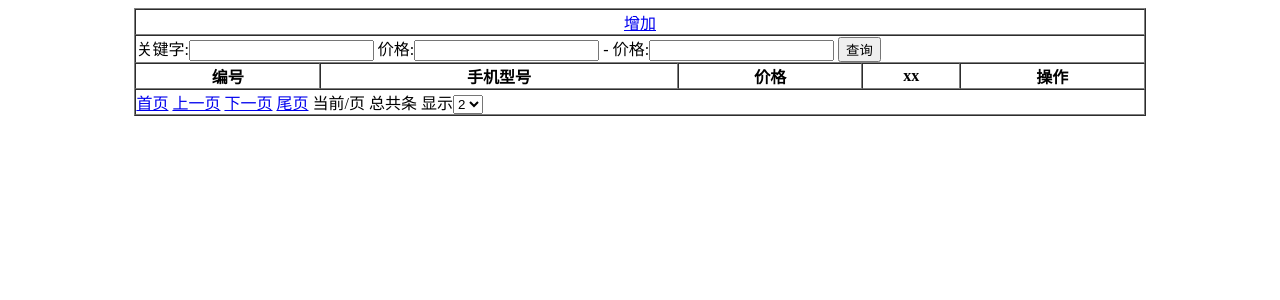
Repository: qyl1006/JavaCode
Page: http://localhost/tack03/WEB-INF/views/product/list.jsp
The author's editor kept a copy of each file at every save. The page is drawn from the files as they stood at one save, then again after the next save.
The browser window is 1280 px wide. The pictures show the whole page.
The page is served by Tomcat 9. Nobody is signed in. Other server files are loaded and not shown. The template is opened directly, without the code that normally fills it, so the values that code supplies are empty.

Above is the page before, as saved 2018-03-15 12:35:42.

### workspace/tack03/webapp/WEB-INF/views/product/list.jsp
<%@ page language="java" contentType="text/html; charset=UTF-8"
    pageEncoding="UTF-8"%>
<!DOCTYPE html PUBLIC "-//W3C//DTD HTML 4.01 Transitional//EN" "http://www.w3.org/TR/html4/loose.dtd">

<%@ taglib prefix="c" uri="http://java.sun.com/jsp/jstl/core" %>
<html>
<head>
<meta http-equiv="Content-Type" content="text/html; charset=UTF-8">
<title>Insert title here</title>
	<script type="text/javascript">
		function goPage(pageNum){
			var form = document.getElementById("f1");
			form.currentPage.value = pageNum;
			form.submit();
		}
	</script>
</head>
<body>
<form action="/product" method="post" id="f1">
	<table align="center" border="1" width="80%" cellpadding="0" cellspacing="0">
		<tr align="center">
			<td colspan="5">
				<a href="/product?cmd=edit">增加</a>
			</td>
		</tr>

		<tr>
			<td colspan="5">
					关键字:<input type="text" name="keyWord" value="${qo.keyWord}"/>
					价格:<input type="text" name="minPrice" value="${qo.minPrice}"/> -
					价格:<input type="text" name="maxPrice" value="${qo.maxPrice}"/>
						<input type="button" value="查询" onclick="goPage(1)"/>
			</td>
		</tr>
		<tr align="center">
			<th>编号</th>
			<th>手机型号</th>
			<th>价格</th>
			<th>xx</th>
			<th>操作</th>
		</tr>
	<c:forEach items="${result.data}" var="p" varStatus="vs">
		<tr align="center" style="background-color: ${vs.count % 2 == 0 ? '' : 'red'}">
			<td>${p.id}</td>
			<td>${p.name}</td>
			<td>${p.price}</td>
			<td>${p.info}</td>
			<td>
				<a href="/product?cmd=edit&id=${p.id}">编辑</a>
				<a href="/product?cmd=delete&id=${p.id}">删除</a>
			</td>
		</tr>
	</c:forEach>

		<tr>
			<td colspan="5">
					<a href="javascript:goPage(1)">首页</a>
					<a href="javascript:goPage(${result.prevPage})">上一页</a>
					<a href="javascript:goPage(${result.nextPage})">下一页</a>
					<a href="javascript:goPage(${result.endPage})">尾页</a>
					当前${result.currentPagePage}/${result.endPage}页
					总共${result.pageCount}条
					显示<select name="pageSize" onchange="goPage(1)">
							<option ${result.pageSize == 2 ? 'selected' : ''}>2</option>
							<option ${result.pageSize == 4 ? 'selected' : ''}>4</option>
							<option ${result.pageSize == 6 ? 'selected' : ''}>6</option>
						</select>

			</td>
		</tr>
	</table>
</form>
</body>
</html>

After the next save:
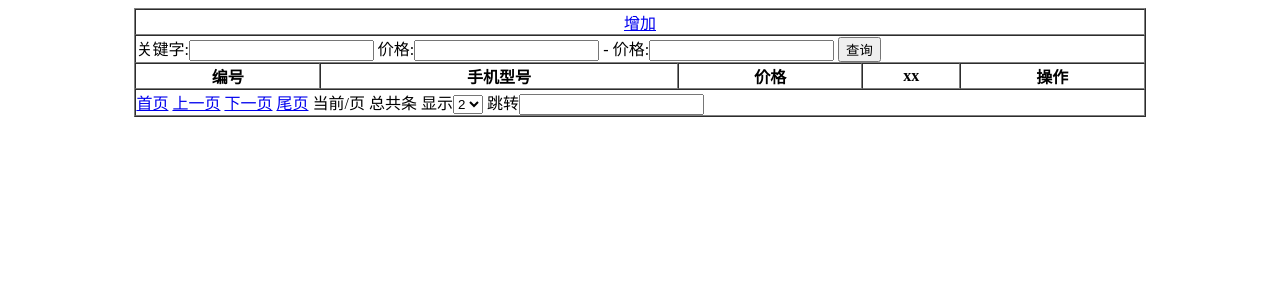
Saved 18 s later.
--- a/workspace/tack03/webapp/WEB-INF/views/product/list.jsp
+++ b/workspace/tack03/webapp/WEB-INF/views/product/list.jsp
@@ -65,7 +65,7 @@
 							<option ${result.pageSize == 4 ? 'selected' : ''}>4</option>
 							<option ${result.pageSize == 6 ? 'selected' : ''}>6</option>
 						</select>
-
+					跳转<input type="currentPage"/>
 			</td>
 		</tr>
 	</table>
